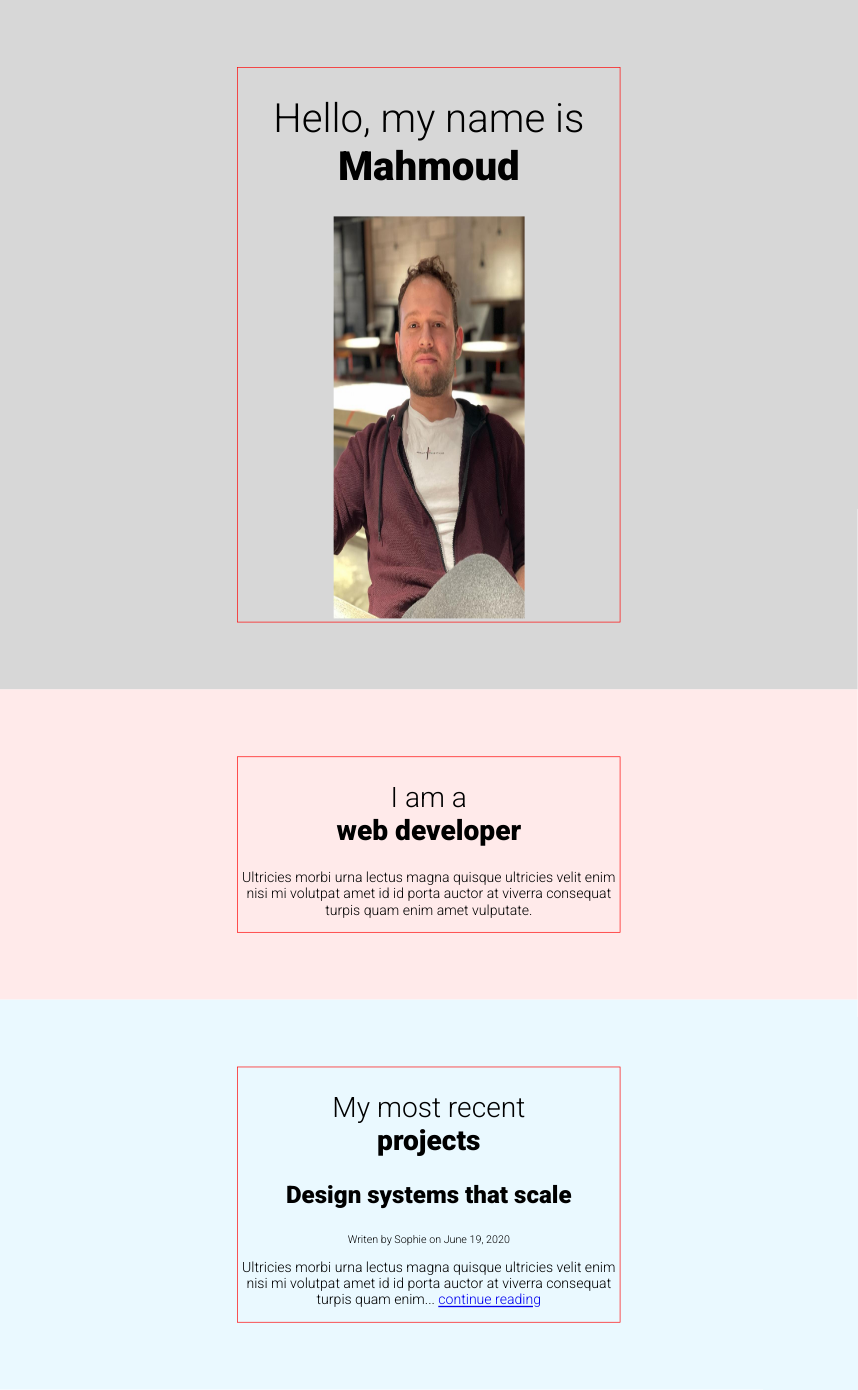
Repository: Doumham-Armah/portfolio
Page: index.html
An editor plug-in stored every save of this project. The page is shown before and after the next save, followed by the edit.
The browser window is 1280 px wide. The pictures show the whole page, at 67% of full size.

Above is the page before, as saved 2021-08-17 12:32:16.

### index.html
<!DOCTYPE html>
<html>
  <head>
    <title>HTML & CSS Fundamentals | Challenges</title>
    <link rel="preconnect" href="https://fonts.googleapis.com" />
    <link rel="preconnect" href="https://fonts.gstatic.com" crossorigin />
    <link
      href="https://fonts.googleapis.com/css2?family=Roboto:wght@300;900&display=swap"
      rel="stylesheet"
    />
    <link href="./style.css" rel="stylesheet" />
  </head>

  <body>
    <header>
      <div class="container">
        <h1>Hello, my name is <span>Mahmoud</span></h1>
        <img class="my-photo" src="./images/photo.jpeg" alt="image of me" />
      </div>
    </header>

    <section class="about-me">
      <div class="container">
        <h2>I am a <span>web developer</span></h2>
        <p>
          Ultricies morbi urna lectus magna quisque ultricies velit enim nisi mi
          volutpat amet id id porta auctor at viverra consequat turpis quam enim
          amet vulputate.
        </p>
      </div>
    </section>

    <section class="projects">
      <div class="container">
        <h2>My most recent <span>projects</span></h2>
        <article>
          <h3>Design systems that scale</h3>
          <p class="small-text">Writen by Sophie on June 19, 2020</p>
          <p>
            Ultricies morbi urna lectus magna quisque ultricies velit enim nisi
            mi volutpat amet id id porta auctor at viverra consequat turpis quam
            enim... <a href="#">continue reading</a>
          </p>
        </article>
      </div>
    </section>
  </body>
</html>

### style.css
body {
  margin: 0;
  font-size: 1.3125rem;
}

h1,
h2 {
  font-weight: 300;
}

h1 {
  font-size: 3.75rem;
}

h2 {
  font-size: 2.625rem;
}

h3 {
  font-size: 2.25rem;
}

h1 span,
h2 span {
  font-weight: 900;
  display: block;
}

header,
section {
  padding: 6.25rem 0;
}

header {
  background-color: #d7d7d7;
}

.about-me {
  background-color: #ffeaea;
}

.projects {
  background-color: #eaf9ff;
}

.small-text {
  font-size: 16px;
}

.container {
  width: 570px;
  margin: 0 auto;
  border: 1px solid red;
  text-align: center;
  font-family: "Roboto", sans-serif;
}

.my-photo {
  max-width: 50%;
  /* height: auto; */
  height:600px;
  width:600px;
}
  border-radius: 50% 50% 0 0;
}

After the next save:
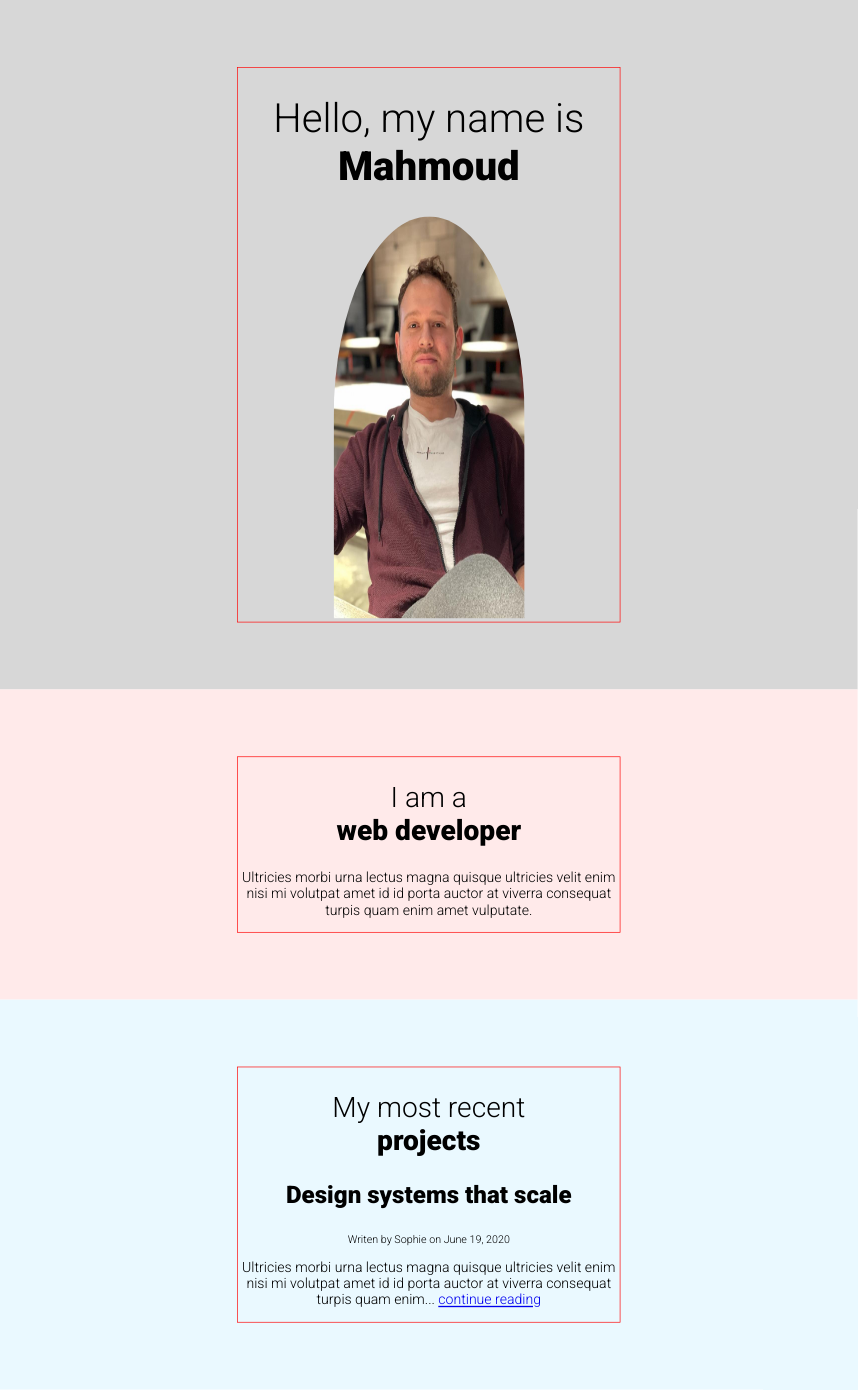
Saved 11 s later.
--- a/style.css
+++ b/style.css
@@ -58,8 +58,8 @@ header {
 .my-photo {
   max-width: 50%;
   /* height: auto; */
-  height:600px;
-  width:600px;
-}
+  height: 600px;
+  width: 600px;
+
   border-radius: 50% 50% 0 0;
 }
